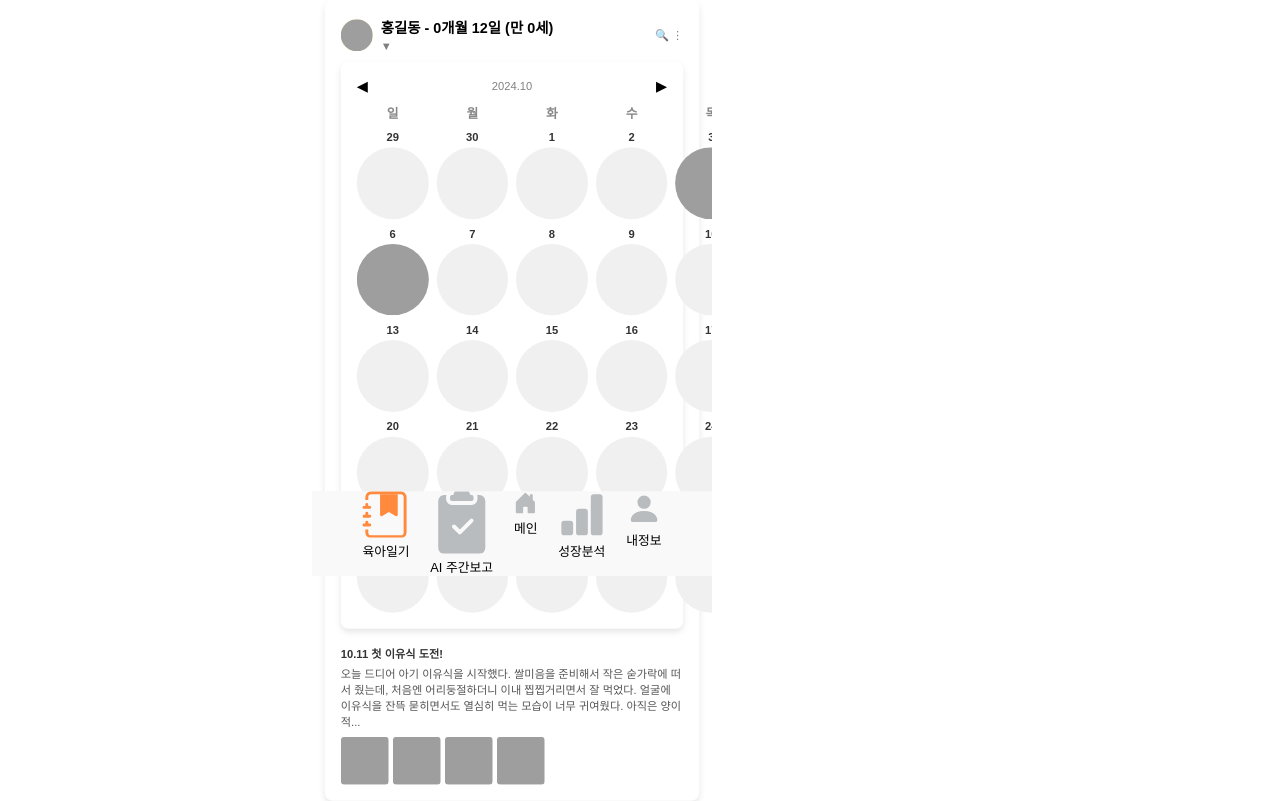
Repository: fromBirth/frombirth-frontend
Page: /babydiary
These files come from the project's save history. The page is drawn as it stood at one moment and after the next save; the edit follows.
The browser window is 1280 px wide. The page is 1280 px wide, then 1592 px, so the pictures cover 1592 px, including what lies to the right of the window. The pictures show the whole page, at 80% of full size.
Pictures or frames that could not be fetched are drawn as grey boxes. Some web fonts or font styles are not loaded; a fallback is used. The project was rebuilt for these pictures with package versions that can differ from the ones it lists, and the page was loaded fresh each time. Also part of the build but not shown: vite.config.js.

Above is the page before, as saved 2024-10-30 12:23:40.

### index.html
<!doctype html>
<html lang="en">
  <head>
    <meta charset="UTF-8" />
    <link rel="icon" type="image/svg+xml" href="/fromBirthIcon" />
    <meta name="viewport" content="width=device-width, initial-scale=1.0" />
    <script src="https://t1.kakaocdn.net/kakao_js_sdk/2.7.2/kakao.min.js" integrity="sha384-TiCUE00h649CAMonG018J2ujOgDKW/kVWlChEuu4jK2vxfAAD0eZxzCKakxg55G4" crossorigin="anonymous"></script>
    <title>fromBirth</title>
  </head>
  <body>
    <div id="root"></div>
    <script type="module" src="/src/main.jsx"></script>
  </body>
</html>

### src/main.jsx
/* src/main.jsx */

// StrictMode와 createRoot 함수를 React에서 import
import { StrictMode } from 'react'
import { createRoot } from 'react-dom/client'
// 애플리케이션의 메인 컴포넌트인 App을 import
import App from './App.jsx'

// React 애플리케이션의 루트 DOM 요소에 App 컴포넌트를 렌더링
createRoot(document.getElementById('root')).render(
  <StrictMode>
    <App />
  </StrictMode>,
)

### src/App.jsx
/* src/App.jsx */

// 전체 애플리케이션에 라우팅 기능을 제공하는 BrowserRouter를 import
import { BrowserRouter as Router } from 'react-router-dom';
// 전역적으로 인증 상태를 관리하기 위해 AuthProvider를 import
import { AuthProvider } from './contexts/AuthContext';
// 애플리케이션의 전체 라우팅 구성을 위한 AppRouter를 import
import AppRouter from './routes/AppRouter'; // 라우팅 설정을 불러옴

// App 컴포넌트는 애플리케이션의 최상위 컴포넌트로, 인증과 라우팅을 관리
function App() {
    return (
        <AuthProvider>  {/* 인증 컨텍스트 제공 */}
            <Router>  {/* 라우팅 제공 */}
                <AppRouter /> {/* 전체 라우팅 설정 */}
            </Router>
        </AuthProvider>
    );
}

// App 컴포넌트를 기본으로 내보내기
export default App;

### src/contexts/AuthContext.jsx
/* src/contexts/AuthContext.jsx */

import { createContext, useState } from 'react';

// Context 생성
export const AuthContext = createContext();

// Context Provider 컴포넌트
export const AuthProvider = ({ children }) => {
    const [isAuthenticated, setIsAuthenticated] = useState(false);

    // 로그인/로그아웃 상태 변경 함수
    const toggleAuth = () => {
        setIsAuthenticated(!isAuthenticated);
    };

    return (
        <AuthContext.Provider value={{ isAuthenticated, toggleAuth }}>
            {children}
        </AuthContext.Provider>
    );
};

### src/routes/AppRouter.jsx
/* src/routes/AppRouter.jsx */

// React Router의 Routes와 Route 컴포넌트를 사용해 라우팅 구성
import { Routes, Route, Navigate } from 'react-router-dom';
// React에서 컴포넌트를 동적 로딩할 수 있도록 Suspense와 lazy를 사용
import { Suspense, lazy } from 'react';
// PATHS 객체를 import하여 경로를 상수로 관리
import { PATHS } from './paths';
// 전체 레이아웃 컴포넌트로, 로그인이 필요한 페이지의 공통 레이아웃으로 사용
import Layout from '../components/common/Layout.jsx';
// 스피너 컴포넌트 import
import Spinner from '../components/common/Spinner.jsx';
// 전역 스타일 파일을 import하여 스타일 적용
import '/src/assets/styles/common.css';

// React.lazy를 사용하여 동적 import로 각 페이지를 로딩하여 초기 로딩 속도 최적화
const Login = lazy(() => import('../components/login/Login.jsx'));
const Dashboard = lazy(() => import('../components/dashboard/Dashboard.jsx'));
const BabyDiary = lazy(() => import('../components/baby-diary/BabyDiary.jsx'));
const DiaryList = lazy(() => import('../components/baby-diary/DiaryList.jsx'));
const DiaryListPhoto = lazy(() => import('../components/baby-diary/DiaryListPhoto.jsx'));
const DiaryRegister = lazy(() => import('../components/baby-diary/DiaryRegister.jsx'));
const DiaryDetail = lazy(() => import('../components/baby-diary/DiaryDetail.jsx'));
const WeeklyReport = lazy(() => import('../components/weekly-report/WeeklyReport.jsx'));
const GrowthAnalysis = lazy(() => import('../components/growth-analysis/GrowthAnalysis.jsx'));
const MyPage = lazy(() => import('../components/my-page/MyPage.jsx'));
const ChildRegister = lazy(() => import('../components/my-page/ChildRegister.jsx'));

function AppRouter() {
    return (
        // Suspense로 동적 로딩 중 스피너 화면 표시
        <Suspense fallback={<Spinner />}>
            <Routes>
                {/* 로그인 페이지 */}
                <Route path={PATHS.LOGIN} element={<Login />} />

                {/* 기본 경로에서 메인 대시보드 화면으로 리다이렉트 */}
                <Route path="/" element={<Navigate to={PATHS.DASHBOARD} />} />

                {/* Layout 컴포넌트를 상위 요소로 하여 로그인이 필요한 페이지 구성 */}
                <Route element={<Layout />}>
                    {/* 메인 대시보드 페이지 */}
                    <Route path={PATHS.DASHBOARD} element={<Dashboard />} />

                    {/* BabyDiary 관련 페이지 */}
                    <Route path={PATHS.BABY_DIARY} element={<BabyDiary />} />
                    <Route path={PATHS.DIARY_LIST} element={<DiaryList />} />
                    <Route path={PATHS.DIARY_LIST_PHOTO} element={<DiaryListPhoto />} />
                    <Route path={PATHS.DIARY_REGISTER} element={<DiaryRegister />} />
                    <Route path={PATHS.DIARY_DETAIL} element={<DiaryDetail />} />

                    {/* WeeklyReport 페이지 */}
                    <Route path={PATHS.WEEKLY_REPORT} element={<WeeklyReport />} />

                    {/* GrowthAnalysis 페이지 */}
                    <Route path={PATHS.GROWTH_ANALYSIS} element={<GrowthAnalysis />} />

                    {/* MyPage 관련 페이지 */}
                    <Route path={PATHS.MY_PAGE} element={<MyPage />} />
                    <Route path={PATHS.CHILD_REGISTER} element={<ChildRegister />} />
                </Route>
            </Routes>
        </Suspense>
    );
}

export default AppRouter;

### src/components/common/Spinner.jsx
/* src/components/Spinner.jsx */

const Spinner = () => {
    return (
        <div className="spinner-overlay">
            <div className="spinner"></div>
        </div>
    );
};

export default Spinner;

### src/assets/styles/common.css
/* src/assets/styles/common.css */

/* 🔴 폰트 설정 */
@font-face { font-family: 'Pretendard'; font-weight: 100; font-style: normal; src: url('https://cdn.jsdelivr.net/gh/webfontworld/pretendard/Pretendard-Thin.woff') format('woff'); font-display: swap; }
@font-face { font-family: 'Pretendard'; font-weight: 200; font-style: normal; src: url('https://cdn.jsdelivr.net/gh/webfontworld/pretendard/Pretendard-ExtraLight.woff') format('woff'); font-display: swap; }
@font-face { font-family: 'Pretendard'; font-weight: 300; font-style: normal; src: url('https://cdn.jsdelivr.net/gh/webfontworld/pretendard/Pretendard-Light.woff') format('woff'); font-display: swap; }
@font-face { font-family: 'Pretendard'; font-weight: 400; font-style: normal; src: url('https://cdn.jsdelivr.net/gh/webfontworld/pretendard/Pretendard-Regular.woff') format('woff'); font-display: swap; }
@font-face { font-family: 'Pretendard'; font-weight: 500; font-style: normal; src: url('https://cdn.jsdelivr.net/gh/webfontworld/pretendard/Pretendard-Medium.woff') format('woff'); font-display: swap; }
@font-face { font-family: 'Pretendard'; font-weight: 600; font-style: normal; src: url('https://cdn.jsdelivr.net/gh/webfontworld/pretendard/Pretendard-SemiBold.woff') format('woff'); font-display: swap; }
@font-face { font-family: 'Pretendard'; font-weight: 700; font-style: normal; src: url('https://cdn.jsdelivr.net/gh/webfontworld/pretendard/Pretendard-Bold.woff') format('woff'); font-display: swap; }
@font-face { font-family: 'Pretendard'; font-weight: 800; font-style: normal; src: url('https://cdn.jsdelivr.net/gh/webfontworld/pretendard/Pretendard-ExtraBold.woff') format('woff'); font-display: swap; }
@font-face { font-family: 'Pretendard'; font-weight: 900; font-style: normal; src: url('https://cdn.jsdelivr.net/gh/webfontworld/pretendard/Pretendard-Black.woff') format('woff'); font-display: swap; }
/* HakgyoansimDunggeunmisoTTF 폰트 설정 (로컬 파일) */
@font-face { font-family: 'HakgyoansimDunggeunmisoTTF-B'; src: url('/src/assets/fonts/Hakgyoansim-Dunggeunmiso-TTF-B.ttf') format('truetype'); font-weight: normal; font-style: normal; }
@font-face { font-family: 'HakgyoansimDunggeunmisoTTF-R'; src: url('/src/assets/fonts/Hakgyoansim-Dunggeunmiso-TTF-R.ttf') format('truetype'); font-weight: normal; font-style: normal; }

/* 🔴 css 초기화 설정 */
html, body { font-family: "Pretendard", sans-serif; height: 100%; margin: 0; padding: 0; }
* { margin: 0; padding: 0; box-sizing: border-box; }
a { text-decoration: none; color: black; }
ul, li, ol, dl, dd { list-style: none; margin: 0; }
img { max-width: 100%; height: auto; border: 0; }
table { border-collapse: collapse; border-spacing: 0; }
td, th { padding: 0; }
input[type="checkbox"] { cursor: pointer; }
button { appearance: none; border: 0; background: transparent; font: inherit; outline: none; cursor: pointer; }
button:disabled { cursor: default; }
label { margin: 0; font-weight: normal; }
p { margin: 0; }
.container { padding: 0; }
.input-field { transition: all 0.3s ease; }
input::placeholder { color: #888; }

/* 🔴 색상 등 전역 변수 설정 */
:root { --logo-color: #FF893C; --button-disabled-color: #E6E9F0; --menu-symbol-color: #B8BCBF; --menu-text-color: #949598; --background-color: #F4F7FC;}

/* 🔴 루트 컨테이너 크기 설정 */
#root { height: 100vh; width: 100vw; }

/* 🔴 로딩 스피너 */
.spinner-overlay { position: fixed; top: 0; left: 0; width: 100vw; height: 100vh; display: flex; justify-content: center; align-items: center; background: rgba(255, 255, 255, 0.8); z-index: 1000; }
.spinner { width: 40px; height: 40px; border: 5px solid rgba(0, 0, 0, 0.1); border-top-color: #3498db; border-radius: 50%; animation: spin 1s linear infinite; }
@keyframes spin { to { transform: rotate(360deg); }  }

### src/components/baby-diary/BabyDiary.jsx
import './BabyDiary.css';
import Calendar from "./diary-calendar/DiaryCalendar.jsx";

const BabyDiary = () => {
    // const [message, setMessage] = useState("");

    // useEffect(() => {
    //     // Spring Boot 서버의 API 호출
    //     axios.get("/api/test")
    //         .then(response => {
    //             setMessage(response.data); // 서버에서 받은 메시지 설정
    //         })
    //         .catch(error => {
    //             console.error("API 호출 에러:", error);
    //             setMessage("Spring Boot 서버와 연결 실패!");
    //         });
    // }, []);

    return (
        <div className="container">
            <div className="header">
                <img src="profile-placeholder.png" alt="Profile Picture"/>
                <div>
                    <h2>홍길동 - 0개월 12일 (만 0세)</h2>
                    <span>▼</span>
                </div>
                <div style={{marginLeft: 'auto'}}>
                    <span>🔍 ⋮</span>
                </div>
            </div>
            <Calendar/>

            <div className="diary-entry">
                <h3>10.11 첫 이유식 도전!</h3>
                <p className="diary-text">오늘 드디어 아기 이유식을 시작했다. 쌀미음을 준비해서 작은 숟가락에 떠서 줬는데, 처음엔 어리둥절하더니 이내 찝찝거리면서 잘 먹었다.
                    얼굴에 이유식을 잔뜩 묻히면서도 열심히 먹는 모습이 너무 귀여웠다. 아직은 양이 적...</p>
                <div className="diary-images">
                    <img src="food1.png" alt="Food Image"/>
                    <img src="food2.png" alt="Food Image"/>
                    <img src="food3.png" alt="Food Image"/>
                    <img src="food4.png" alt="Food Image"/>
                </div>
            </div>
        </div>
    );
};

export default BabyDiary;

### src/assets/styles/layout.css
/* 레이아웃 */
.layout {
    display: flex;
    flex-direction: column;
    min-height: 100vh;
    width: 100vw;
    align-items: center;
}

/* 콘텐츠 영역 */
.content {
    flex-grow: 1;
    width: 100%;
    max-width: 500px;
    margin: 0 auto;
    padding: 0 16px;
    overflow-y: auto;
}

/* 푸터 고정 */
.footer {
    background-color: #F9F9F9;
    text-align: center;
    display: flex;
    justify-content: center;
    width: 100%;
    max-width: 500px;
    position: fixed;
    bottom: 0;
}
.footer-nav {
    display: flex;
    justify-content: space-around;
    width: 100%;
    max-width: 400px;
}

### src/components/baby-diary/BabyDiary.css
.header { display: flex; align-items: center; gap: 10px; margin-bottom: 20px; }

.header img { width: 40px; height: 40px; border-radius: 50%; background-color: #f0e68c; }

.header h2 { margin: 0; font-size: 18px; }

.header span { font-size: 14px; color: gray; }

.calendar-nav { display: flex; justify-content: space-between; align-items: center; font-size: 16px; margin: 20px 0; }

.calendar { display: grid; grid-template-columns: repeat(7, 1fr); gap: 10px; }

.calendar div { display: flex; justify-content: center; align-items: center; width: 100%; padding-top: 100%; position: relative; background-color: #f0f0f0; border-radius: 50%; cursor: pointer; }

.calendar div img { position: absolute; top: 50%; left: 50%; width: 80%; height: 80%; border-radius: 50%; transform: translate(-50%, -50%); }

.highlighted { background-color: #1e90ff; color: white; font-weight: bold; }

.diary-entry { margin-top: 20px; }

.diary-entry h3 { font-size: 14px; color: #333; margin-bottom: 5px; }

.diary-text { font-size: 14px; color: #555; margin-bottom: 10px; }

.diary-images { display: flex; gap: 5px; }

.diary-images img { width: 60px; height: 60px; border-radius: 5px; }

### src/components/baby-diary/diary-calendar/DiaryCalendar.jsx
import React from 'react';
import './DiaryCalendar.css';
import { format, startOfMonth, endOfMonth, startOfWeek, endOfWeek, addDays, isSameMonth, isSameDay } from 'date-fns';

// Sample image data for specific dates
const imageDates = {
    '2024-10-03': 'path/to/image1.png',
    '2024-10-06': 'path/to/image2.png',
    '2024-10-11': 'path/to/image3.png',
    '2024-10-12': 'path/to/image4.png',
};

const Calendar = () => {
    const today = new Date();
    const [currentMonth, setCurrentMonth] = React.useState(new Date());

    const handlePreviousMonth = () => {
        setCurrentMonth(prevMonth => addDays(prevMonth, -30));
    };

    const handleNextMonth = () => {
        setCurrentMonth(prevMonth => addDays(prevMonth, 30));
    };

    const renderHeader = () => (
        <div className="header">
            <button onClick={handlePreviousMonth}>◀</button>
            <span>{format(currentMonth, 'yyyy.MM')}</span>
            <button onClick={handleNextMonth}>▶</button>
        </div>
    );

    const renderDays = () => {
        const days = ['일', '월', '화', '수', '목', '금', '토'];
        return days.map(day => <div key={day} className="day">{day}</div>);
    };

    const renderDates = () => {
        const monthStart = startOfMonth(currentMonth);
        const monthEnd = endOfMonth(monthStart);
        const startDate = startOfWeek(monthStart, { weekStartsOn: 0 });
        const endDate = endOfWeek(monthEnd, { weekStartsOn: 0 });

        const dateCells = [];
        let day = startDate;

        while (day <= endDate) {
            const formattedDate = format(day, 'yyyy-MM-dd');
            const isInCurrentMonth = isSameMonth(day, currentMonth);
            const isToday = isSameDay(day, today);
            const imageSrc = imageDates[formattedDate];

            dateCells.push(
                <div
                    key={formattedDate}
                    className={`date-cell ${isInCurrentMonth ? '' : 'disabled'}`}
                >
                    <span className={`date-number ${isToday ? 'highlighted' : ''}`}>{format(day, 'd')}</span>
                    <div className="date-image-container">
                        {imageSrc ? (
                            <img src={imageSrc} alt="Event" className="date-image" />
                        ) : (
                            <div className="empty-date"></div>
                        )}
                    </div>
                </div>
            );
            day = addDays(day, 1);
        }
        return dateCells;
    };

    return (
        <div className="container">
            {renderHeader()}
            <div className="calendar-grid">
                {renderDays()}
                {renderDates()}
            </div>
        </div>
    );
};

export default Calendar;

### src/components/baby-diary/diary-calendar/DiaryCalendar.css
.container {
    display: flex;
    flex-direction: column;
    align-items: center;
    max-width: 100%;
    padding: 20px;
    background-color: white;
    border-radius: 10px;
    box-shadow: 0 4px 8px rgba(0, 0, 0, 0.1);
}

.header {
    display: flex;
    justify-content: space-between;
    width: 100%;
    font-size: 18px;
    margin-bottom: 10px;
}

.calendar-grid {
    display: grid;
    grid-template-columns: repeat(7, 1fr);
    gap: 10px;
    width: 100%;
}

.day {
    display: flex;
    justify-content: center;
    align-items: center;
    color: #888;
    font-weight: bold;
}

.date-cell {
    display: flex;
    flex-direction: column;
    align-items: center;
    justify-content: space-between;
    width: 100%;
    cursor: pointer;
}

.date-number {
    font-weight: bold;
    color: #333;
    font-size: 14px;
    margin-bottom: 5px;
}

.date-image-container {
    width: 7vw;
    height: 7vw;
    border-radius: 50%;
    background-color: #f0f0f0; /* Background color for cells without images */
    display: flex;
    justify-content: center;
    align-items: center;
}

.date-image {
    width: 100%;
    height: 100%;
    border-radius: 50%;
    object-fit: cover;
}

.highlighted {
    background-color: #1e90ff;
    color: white;
    font-weight: bold;
    padding: 5px;
    border-radius: 50%;
}

Loaded but not shown: src/routes/paths.js (29 lines, source omitted); src/components/common/Layout.jsx (92 lines, source omitted)

After the next save:
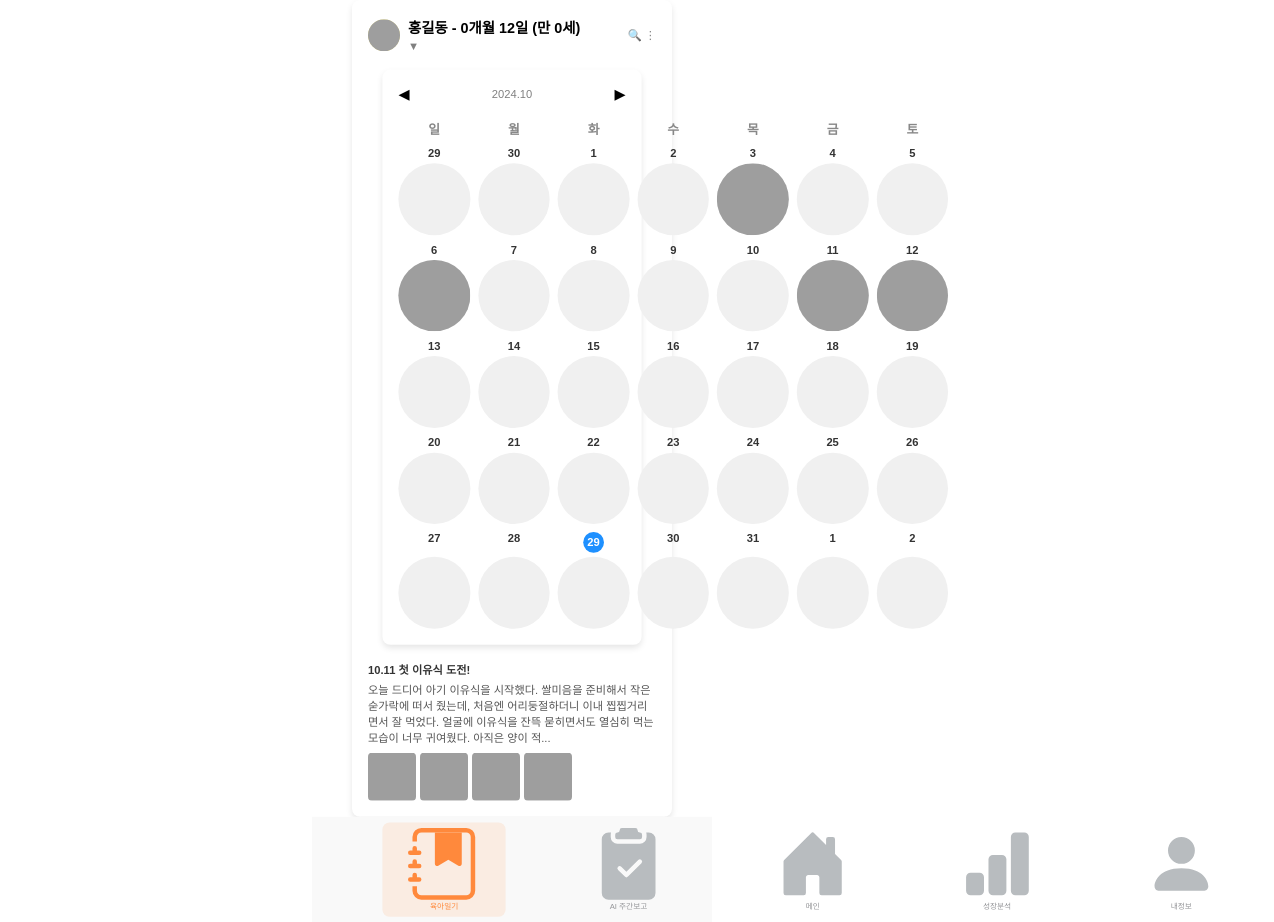
Saved 17 s later.
--- a/src/assets/styles/layout.css
+++ b/src/assets/styles/layout.css
@@ -1,36 +1,23 @@
+/* src/assets/styles/layout.css */
+
 /* 레이아웃 */
-.layout {
-    display: flex;
-    flex-direction: column;
-    min-height: 100vh;
-    width: 100vw;
-    align-items: center;
-}
+.layout { display: flex; flex-direction: column; align-items: center; width: 100vw; min-height: 100vh; }
 
-/* 콘텐츠 영역 */
-.content {
-    flex-grow: 1;
-    width: 100%;
-    max-width: 500px;
-    margin: 0 auto;
-    padding: 0 16px;
-    overflow-y: auto;
-}
+ /* 콘텐츠 영역 */
+.content { flex-grow: 1; width: 100%; max-width: 500px; margin: 0 auto; padding: 0 16px; }
 
-/* 푸터 고정 */
-.footer {
-    background-color: #F9F9F9;
-    text-align: center;
-    display: flex;
-    justify-content: center;
-    width: 100%;
-    max-width: 500px;
-    position: fixed;
-    bottom: 0;
-}
-.footer-nav {
-    display: flex;
-    justify-content: space-around;
-    width: 100%;
-    max-width: 400px;
-}
+/* 중앙 컨테이너 스타일 */
+.layout .content .container { background-color: white; width: 90%; max-width: 400px; padding: 20px; border-radius: 10px; box-shadow: 0 4px 8px rgba(0, 0, 0, 0.1); margin: 0 auto; }
+
+/* 헤더 스타일 */
+.layout .content .container .header { display: flex; align-items: center; gap: 10px; margin-bottom: 20px; }
+.layout .content .container .header .profile-image { width: 40px; height: 40px; border-radius: 50%; background-color: #f0e68c; }
+.layout .content .container .header .header-title { font-size: 18px; }
+.layout .content .container .header .header-dropdown { font-size: 14px; color: gray; }
+
+/* footer */
+.layout .footer { background-color: #F9F9F9; text-align: center; display: flex; justify-content: center; width: 100%; max-width: 500px; margin: 0 auto; }
+.layout .footer .footer-nav { display: flex; justify-content: space-around; width: 100%; max-width: 400px; }
+.layout .footer .footer-nav .nav-item { display: flex; flex-direction: column; justify-content: center; color: #949598; font-size: 0.6em; min-width: 12vw; margin: 1vh 3vw; padding: 1vh 1vw; }
+.layout .footer .footer-nav .nav-item.btn-active { background-color: #FE8A3C1F; color: #FF893C; border-radius:9px; }
+.layout .footer .footer-nav .nav-item svg { margin: auto; width: 7vw; }
